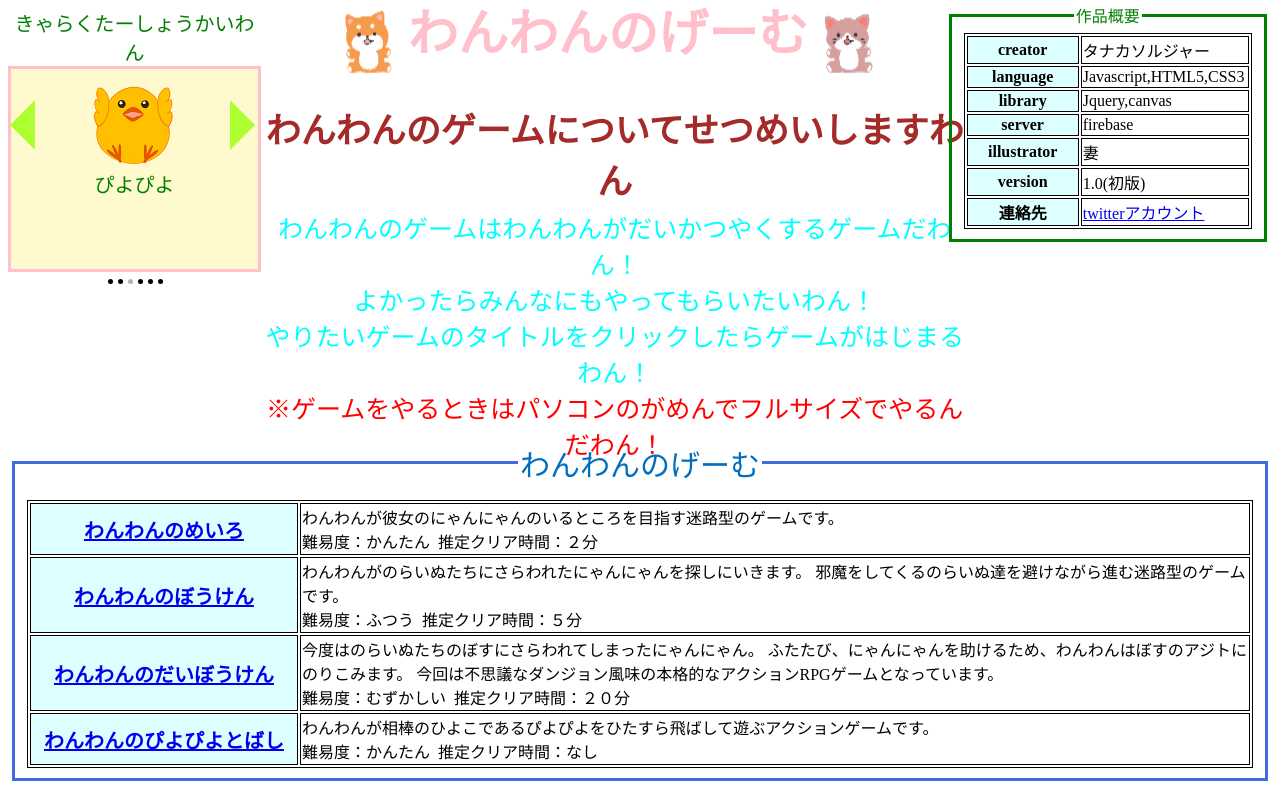
Repository: tatsuya-tanaka27/wanwannogame
Page: index.html
These files come from the project's save history. The page is drawn as it stood at one moment and after a run of saves; the edit follows.
The browser window is 1280 px wide. The pictures show the whole page.
Some web fonts or font styles are not loaded; a fallback is used.

Above is the page before, as saved 2021-03-09 20:46:05.

### index.html
<!DOCTYPE html>
<html>
	<head>
		<meta charset="UTF-8" />
		<meta
			name="”description”"
			content="”とあるおっさんプログラマーが自分のポートフォリオとして、JavascriptとHTMLだけでゲームを作ってみました。ゲームに登場するキャラクター達は妻に描いてもらいました。よかったら、javascriptでゲームを作る参考にしていただけたらなと思います。”"
		/>
		<meta
			name="keywords"
			content="Javascript,HTML,ゲーム,ポートフォリオ,RPG,わんわん"
		/>
		<link rel="stylesheet" href="css/style.css" />
		<link
			href="https://fonts.googleapis.com/earlyaccess/nikukyu.css"
			rel="stylesheet"
		/>
		<link
			href="https://fonts.googleapis.com/earlyaccess/nicomoji.css"
			rel="stylesheet"
		/>
		<link rel="shortcut icon" href="img/favicon.ico" type="image/vnd.microsoft.icon">
		<script src="js/jquery-3.5.1.min.js"></script>
		<title>わんわんのげーむ</title>
	</head>
	<body>
		<!-- 画像読み込み遅延防止のため、あらかじめ画像を読み込んでおく -->
		<div id="hidden_img_area" style="display: none">
			<img class="hidden_img" src="img/inu120.png" alt="わんわん"/>
			<img class="hidden_img" src="img/neko120.png" alt="にゃんにゃん"/>
			<img class="hidden_img" src="img/hiyoko_kirakira80.png" alt="ぴよぴよ"/>
			<img class="hidden_img" src="img/bossinu150.png" alt="ぼす"/>
			<img class="hidden_img" src="img/softcream100.png" alt="そふとくん"/>
			<img class="hidden_img" src="img/unchi100.png" alt="うんちくん"/>
		</div>
		<!-- トップ画面 -->
		<div id="wrapper">
			<main>
				<section id="game-area">
					<div id="top-area">
						<div id="slide-area">
							<div id='left' onclick='moveLeft()'></div>
							<div id="slide-message">
								<span class="wf-nicomoji" style="color: green; font-size: 20px;">
									きゃらくたーしょうかいわん
								</span>
							</div>
							<div id="slide-show-area">
								<figure>
									<img src="" id="slide-img">
									<figcaption id="slide-img-message" class="wf-nicomoji">
									</figcaption>
								</figure>
							</div>
							<div id='right' onclick='moveRight()'></div>
							<div  id="slide-controll-area">
								<ul id="slide-controll">
								</ul>
							</div>
						</div>
						<div id="center-area">
							<div id="title-area">
								<img src="img/inu80.png" />
								<h1 class="wf-nikukyu">わんわんのげーむ</h1>
								<img src="img/neko80.png" />
							</div>
							<div id="description-area">
								<h2 class="wf-nicomoji">
									わんわんのゲームについてせつめいしますわん
								</h2>
								<p class="wf-nicomoji" id="description">
									わんわんのゲームはわんわんがだいかつやくするゲームだわん！<br />
									よかったらみんなにもやってもらいたいわん！<br />
									やりたいゲームのタイトルをクリックしたらゲームがはじまるわん！
								</p>
								<span class="wf-nicomoji" id="red-description">
									※ゲームをやるときはパソコンのがめんでフルサイズでやるんだわん！
								</span>
							</div>
						</div>
						<div id="summary-area">
							<fieldset id="summary-table-border">
							<legend id="summary-table-label">
								作品概要
							</legend>
							<table id="summary-table">
								<tr>
									<th>
										creator
									</th>
									<td>
										タナカソルジャー
									</td>
								</tr>
								<tr>
									<th>
										language
									</th>
									<td>
										Javascript,HTML5,CSS3
									</td>
								</tr>
								<tr>
									<th>
										library
									</th>
									<td>
										Jquery,canvas
									</td>
								</tr>
								<tr>
									<th>
										server
									</th>
									<td>
										firebase
									</td>
								</tr>
								<tr>
									<th>
										illustrator
									</th>
									<td>
										妻
									</td>
								</tr>
								<tr>
									<th>
										version
									</th>
									<td>
										1.0(初版)
									</td>
								</tr>
								<tr>
									<th>
										連絡先
									</th>
									<td>
										<a href="https://twitter.com/nanakorobiyao17">twitterアカウント</a>
									</td>
								</tr>
							</table>
						</div>
					</div>
					<div id="table-area">
						<fieldset id="table-border">
							<legend id="table-label" class="wf-nikukyu">
								わんわんのげーむ
							</legend>
							<table id="game-table">
								<tr>
									<th>
										<a
											class="wf-nikukyu game-title"
											href="wanwannomeiro/wanwannomeiro.html"
											>わんわんのめいろ</a
										>
									</th>
									<td>
										わんわんが彼女のにゃんにゃんのいるところを目指す迷路型のゲームです。<br />
										難易度：かんたん&nbsp;&nbsp;推定クリア時間：２分
									</td>
								</tr>
								<tr>
									<th>
										<a
											class="wf-nikukyu game-title"
											href="wanwannobouken/wanwannobouken.html"
											>わんわんのぼうけん</a
										>
									</th>
									<td>
										わんわんがのらいぬたちにさらわれたにゃんにゃんを探しにいきます。
										邪魔をしてくるのらいぬ達を避けながら進む迷路型のゲームです。<br />
										難易度：ふつう&nbsp;&nbsp;推定クリア時間：５分
									</td>
								</tr>
								<tr>
									<th>
										<a
											class="wf-nikukyu game-title"
											href="wanwannodaibouken/wanwannodaibouken.html"
										>
											わんわんのだいぼうけん
										</a>
									</th>
									<td>
										今度はのらいぬたちのぼすにさらわれてしまったにゃんにゃん。
										ふたたび、にゃんにゃんを助けるため、わんわんはぼすのアジトにのりこみます。
										今回は不思議なダンジョン風味の本格的なアクションRPGゲームとなっています。<br />
										難易度：むずかしい&nbsp;&nbsp;推定クリア時間：２０分
									</td>
								</tr>
								<tr>
									<th>
										<a
											class="wf-nikukyu game-title"
											href="wanwannopiyopiyotobashi/wanwannopiyopiyotobashi.html"
											>わんわんのぴよぴよとばし</a
										>
									</th>
									<td>
										わんわんが相棒のひよこであるぴよぴよをひたすら飛ばして遊ぶアクションゲームです。<br />
										難易度：かんたん&nbsp;&nbsp;推定クリア時間：なし
									</td>
								</tr>
							</table>
						</fieldset>
					</div>
				</section>
				<script type="text/javascript" src="js/script.js"></script>
			</main>
		</div>
	</body>
</html>

### css/style.css
@charset "UTF-8";

/* 外部スタイル start */
.wf-nikukyu {
	font-family: "Nikukyu";
}
.wf-nicomoji {
	font-family: "Nico Moji";
}

/* 外部スタイル end */

#wrapper {
	margin: auto;
	width: 100%;
}

main {
	display: flex;
	margin: auto;
	width: 100%;
}

#game-area {
	width: 100%;
	margin: auto;
	text-align: center;
}

#top-area {
	display: flex;
}

#slide-area {
	width: 20%;
}

#slide-show-area {
	border: 3px solid pink;
	height: 200px;
	background-color: lemonchiffon;
}

#slide-img-message {
	font-size: 20px;
	color: green;
}

#center-area {
	width: 56%;
}

#title-area {
	display: flex;
	margin: auto;
	width: 81%;
}

#summary-area {
	width: 24%;
}

#summary-table-border {
	width: 95%;
	margin: -5px 0px 0px -20px;
	border: 3px solid green;
}

#summary-table-label {
	color: green;
}

#summary-table {
	margin: auto;
	border: solid 1px black;
	width: 100%;
}

#summary-table th {
	width: 40%;
	border: solid 1px black;
	background-color: #deffff;
}

#summary-table td {
	border: solid 1px black;
	text-align: left;
	vertical-align: middle;
}

#title-area img {
	margin-top: -20px;
}

h1 {
	color: pink;
	font-size: 50px;
	margin-top: -15px;
	text-align: center;
}

h2 {
	color: brown;
	font-size: 35px;
	margin: -5px 0px 5px 0px;
}

#description {
	color: aqua;
	font-size: 25px;
	margin: 0px;
	width: 100%;
}

#red-description {
	color: red;
	font-size: 25px;
	margin: 0px;
}

#table-border {
	width: 97%;
	margin: -20px auto 0px auto;
	border: 3px solid royalblue;
}

#table-label {
	font-size: 30px;
	color: rgb(0, 111, 191);
	margin-bottom: 10px;
}

#game-table {
	margin: auto;
	border: solid 1px black;
	width: 100%;
}

#game-table th {
	width: 22%;
	border: solid 1px black;
	background-color: #deffff;
}

.game-title {
	font-size: 20px;
}

#game-table td {
	border: solid 1px black;
	text-align: left;
	vertical-align: middle;
}

/* スライドショーの矢印用のスタイル start */

/* コンテントなくてもボーダー太ければ表示される*/
#left {
	position: absolute;
	top: 100px;
	left: 0px;
	border-top: 25px solid transparent;
	border-right: 25px solid greenyellow;
	border-bottom: 25px solid transparent;
	border-left: 25px solid transparent;
	margin-left: -15px;
}

#left:hover {
	opacity: 0.5;
	cursor: pointer;
}

/* コンテントなくてもボーダー太ければ表示される*/
#right {
	position: absolute;
	top: 100px;
	left: 230px;
	border-top: 25px solid transparent;
	border-right: 25px solid transparent;
	border-bottom: 25px solid transparent;
	border-left: 25px solid greenyellow;
}

#right:hover {
	cursor: pointer;
}

#slide-controll-area {
	width: 100%;
}

#slide-controll {
	margin-top: 0px;
	display: flex;
	justify-content: center;
}

#slide-controll > li {
	cursor: pointer;
	display: list-item;
	width: 10px;
	height: 10px;
}

#slide-controll li:hover {
	opacity: 0.3;
}

/* スライドショーの矢印用のスタイル end */

### js/script.js
//グローバル変数
let slideArray = document.getElementsByClassName("hidden_img");//スライドショーで使用する画像の配列
let slideStartFlg = true;//スライドショー開始フラグ
let slideImg = document.getElementById("slide-img");//スライドショーの画像
let slideImgMessage = document.getElementById("slide-img-message");//スライドショーの画像のメッセージ
let slideNum = 0;//スライドショー配列の添え字
let timerId = "";//タイマーID
let slideControll = document.getElementById("slide-controll");//スライドショーの黒点リスト
let kurotenNum = 0;//スライドショーの黒点の番号
let kurotenHTML = "";//スライドショーの黒点のHTML

//スライドショー下の黒点を画像のリスト分作成する
Array.prototype.forEach.call(slideArray, function (slideValue) {
    kurotenHTML += "<li id='kuroten" + kurotenNum + "' onclick='slideMove(" + kurotenNum + ")'></li>";
    kurotenNum++;
    if (kurotenNum == slideArray.length) {
        slideControll.innerHTML = kurotenHTML;
    }
})


//開始処理がオンであればスライド処理開始
function slide() {
    slideCommon();
    slideNum++;
    if (slideNum == slideArray.length) {
        slideNum = 0;
    }
    timerId = setTimeout(function (){slide()}, 2000);

}

//指定された秒おきにスライド処理を実行
timerId = setTimeout(function () { slide() }, 1);

//スライド移動左
function moveLeft() {
    slideCommon();
    slideNum--;
    if (slideNum < 0) {
        slideNum = slideArray.length - 1;
    }
    timerId = setTimeout(function (){slide()}, 2000);
}

//スライド移動右
function moveRight() {
    slideCommon();
    slideNum++;
    if (slideNum == slideArray.length) {
        slideNum = 0;
    }
    timerId = setTimeout(function (){slide()}, 2000);
}

//スライド移動
function slideMove(num) {
    clearTimeout(timerId);
    slideNum = num;
    let val = slideArray[slideNum];
    let slidePath = val.getAttribute('src');
    slideImg.setAttribute("src", slidePath);
    slideImgMessage.innerHTML = val.alt;
    for (let slideLoopNum = 0; slideLoopNum < slideArray.length; slideLoopNum++){
        if (slideLoopNum == slideNum) {
            document.getElementById("kuroten" + slideLoopNum).style.opacity = 0.3;
        } else {
            document.getElementById("kuroten" + slideLoopNum).style.opacity = 1.0;
        }
    }
    timerId = setTimeout(function (){slide()}, 2000);
}

//スライド処理の共通処理
function slideCommon() {
    clearTimeout(timerId);
    let val = slideArray[slideNum];
    let slidePath = val.getAttribute('src');
    slideImg.setAttribute("src", slidePath);
    slideImgMessage.innerHTML = val.alt;
    for (let slideLoopNum = 0; slideLoopNum < slideArray.length; slideLoopNum++){
        if (slideLoopNum == slideNum) {
            document.getElementById("kuroten" + slideLoopNum).style.opacity = 0.3;
        } else {
            document.getElementById("kuroten" + slideLoopNum).style.opacity = 1.0;
        }
    }
}

Loaded but not shown: js/jquery-3.5.1.min.js (library)

After the next 2 saves:
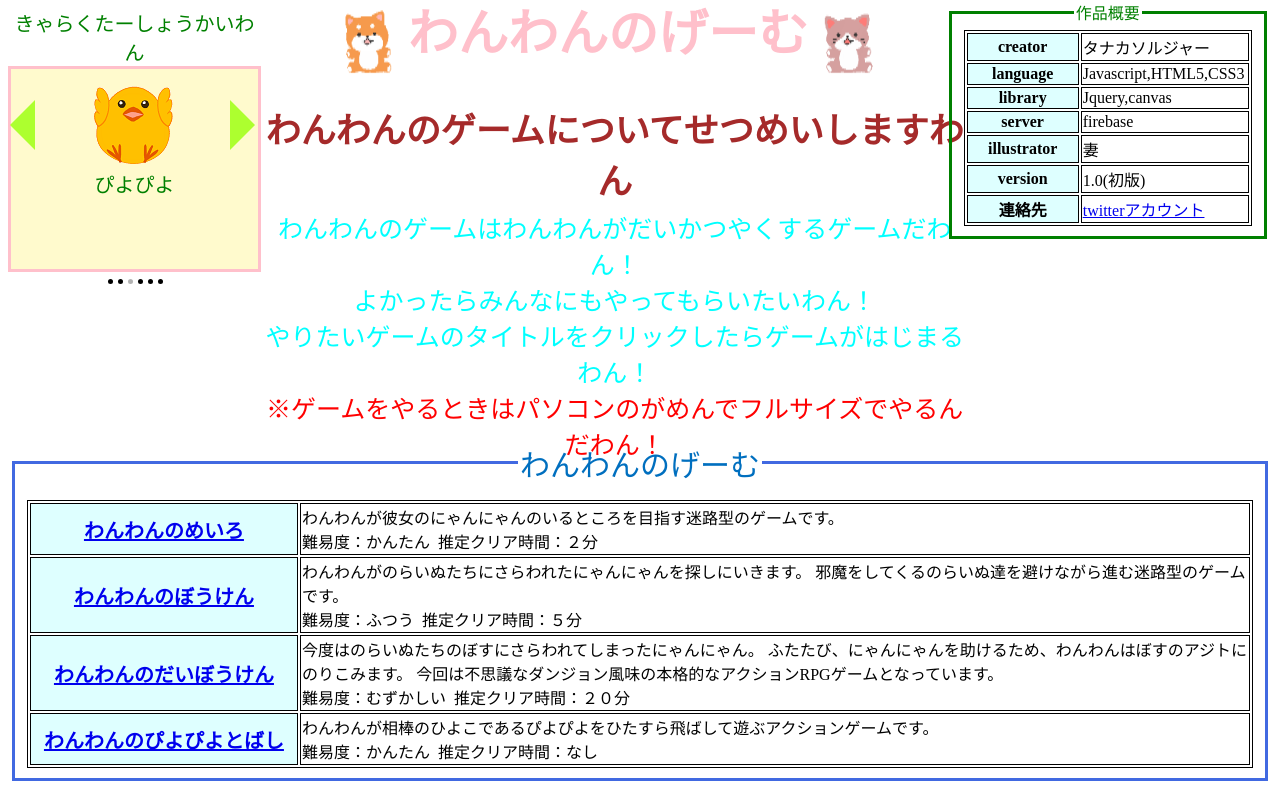
The 2 saves are shown as one change because they came seconds apart.
The last was saved 18 s later.
--- a/css/style.css
+++ b/css/style.css
@@ -62,7 +62,7 @@ main {
 
 #summary-table-border {
 	width: 95%;
-	margin: -5px 0px 0px -20px;
+	margin: -8px 0px 0px -20px;
 	border: 3px solid green;
 }
 
